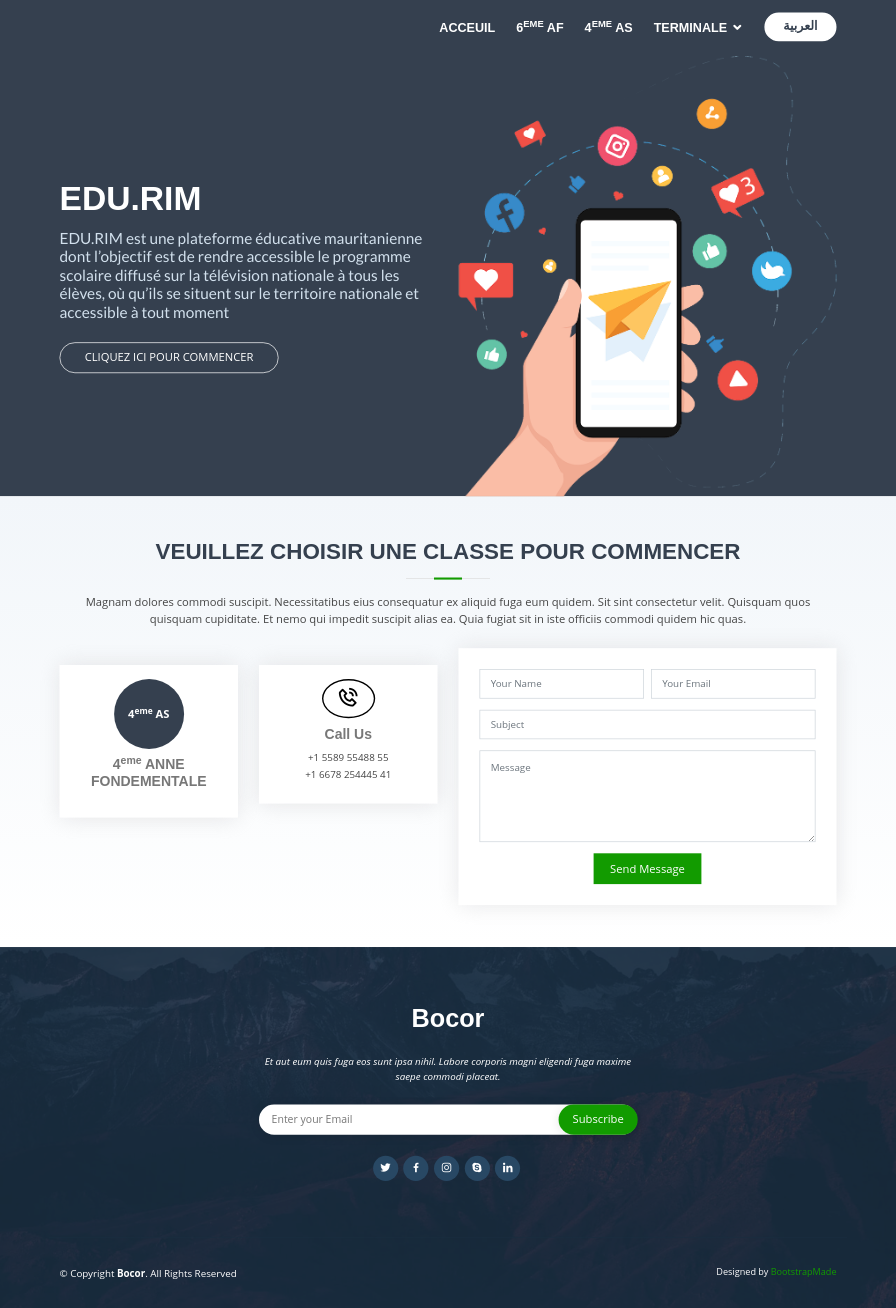
Repository: athiemohamed/courat
Page: http://localhost/
These files come from the project's save history. The page is drawn as it stood at one moment and after the next save; the edit follows.
The browser window is 1280 px wide. The pictures show the whole page, at 70% of full size.
Some web fonts or font styles are not loaded; a fallback is used. The page is run by PHP 8.4 with error messages shown; the project is at /var/www/html/. Other server files are loaded and not shown.

Above is the page before, as saved 2020-03-26 13:05:02.

### index.php
<!DOCTYPE html>
<html lang="en">

<head>
  <meta charset="utf-8">
  <meta content="width=device-width, initial-scale=1.0" name="viewport">

  <title>Cours - Rim Academy</title>
  <meta content="" name="descriptison">
  <meta content="" name="keywords">

  <!-- Favicons -->
  <link href="assets/img/favicon.png" rel="icon">
  <link href="assets/img/apple-touch-icon.png" rel="apple-touch-icon">

  <!-- Google Fonts -->
  <link href="https://fonts.googleapis.com/css?family=Cairo&display=swap" rel="stylesheet">
  <link href="https://fonts.googleapis.com/css?family=Lato&display=swap" rel="stylesheet">

  <!-- Vendor CSS Files -->
  <link href="assets/vendor/bootstrap/css/bootstrap.min.css" rel="stylesheet">
  <link href="assets/vendor/icofont/icofont.min.css" rel="stylesheet">
  <link href="assets/vendor/boxicons/css/boxicons.min.css" rel="stylesheet">
  <link href="assets/vendor/venobox/venobox.css" rel="stylesheet">
  <link href="assets/vendor/aos/aos.css" rel="stylesheet">

  <!-- Template Main CSS File -->
  <link href="assets/css/style.css" rel="stylesheet">

  <!-- =======================================================
  * Template Name: Bocor - v2.0.0
  * Template URL: https://bootstrapmade.com/bocor-bootstrap-template-nice-animation/
  * Author: BootstrapMade.com
  * License: https://bootstrapmade.com/license/
  ======================================================== -->
</head>

<body>

  <!-- ======= Header ======= -->
  <header id="header">
    <div class="container d-flex">
      <div class="logo mr-auto">
        <!-- <h1 class="text-light"><a href="index.html">RIM<span>.EDU</span></a></h1> -->
        <!-- Uncomment below if you prefer to use an image logo -->
        <!-- <a href="index.html"><img src="assets/img/logo.png" alt="" class="img-fluid"></a>-->
      </div>
      <nav class="nav-menu d-none d-lg-block">
        <ul>
          <li class="active"><a href="#header">ACCEUIL</a></li>
          <li><a href="#">6<sup>EME</sup> AF</a></li>
          <li><a href="#">4<sup>EME</sup> AS</a></li>
          <li class="drop-down"><a href="">TERMINALE</a>
            <ul>
              <li><a href="#">TERMINALE A</a></li>
              <li><a href="#">TERMINALE C</a></li>
              <li><a href="#">TERMINALE D</a></li>
              <li><a href="#">TERMINALE LM</a></li>
              <li><a href="#">TERMINALE LO</a></li>
            </ul>
          </li>
          <!-- Language Changer -->
          <li class="get-started"><a href="#">العربية</a></li>
        </ul>
      </nav><!-- .nav-menu -->
    </div>
  </header><!-- End Header -->

  <!-- ======= Hero Section ======= -->
  <section id="hero">

    <div class="container">
      <div class="row d-flex align-items-center"">
      <div class=" col-lg-6 py-5 py-lg-0 order-2 order-lg-1" data-aos="fade-right">
        <h1>EDU.RIM</h1>
        <h2>EDU.RIM est une plateforme éducative mauritanienne dont l’objectif est de
          rendre accessible le programme scolaire diffusé sur la télévision nationale à tous les élèves,
          où qu’ils se situent sur le territoire nationale et accessible à tout moment</h2>
        <a href="#contact" class="btn-get-started scrollto">CLIQUEZ ICI POUR COMMENCER</a>
      </div>
      <div class="col-lg-6 order-1 order-lg-2 hero-img" data-aos="fade-left">
        <img src="assets/img/hero-img.png" class="img-fluid" alt="">
      </div>
    </div>
    </div>

  </section><!-- End Hero -->

  <main id="main">

    <!-- ======= Partners Section ======= -->

    <!-- <section id="clients" class="clients section-bg">
      <div class="container">

        <div class="row no-gutters clients-wrap clearfix wow fadeInUp">

          <div class="col-lg-2 col-md-4 col-6">
            <div class="client-logo">
              <img src="assets/img/clients/client-1.png" class="img-fluid" alt="" data-aos="flip-right">
            </div>
          </div>

          <div class="col-lg-2 col-md-4 col-6">
            <div class="client-logo">
              <img src="assets/img/clients/client-2.png" class="img-fluid" alt="" data-aos="flip-right" data-aos-delay="100">
            </div>
          </div>

          <div class="col-lg-2 col-md-4 col-6">
            <div class="client-logo">
              <img src="assets/img/clients/client-3.png" class="img-fluid" alt="" data-aos="flip-right" data-aos-delay="200">
            </div>
          </div>

          <div class="col-lg-2 col-md-4 col-6">
            <div class="client-logo">
              <img src="assets/img/clients/client-4.png" class="img-fluid" alt="" data-aos="flip-right" data-aos-delay="300">
            </div>
          </div>

          <div class="col-lg-2 col-md-4 col-6">
            <div class="client-logo">
              <img src="assets/img/clients/client-5.png" class="img-fluid" alt="" data-aos="flip-right" data-aos-delay="400">
            </div>
          </div>

          <div class="col-lg-2 col-md-4 col-6">
            <div class="client-logo">
              <img src="assets/img/clients/client-6.png" class="img-fluid" alt="" data-aos="flip-right" data-aos-delay="500">
            </div>
          </div>

        </div>

      </div>
    </section> -->

    <!-- End Parteners Section -->

    <!-- ======= Contact Section ======= -->
    <section id="contact" class="contact section-bg">
      <div class="container">

        <div class="section-title">
          <h2 data-aos="fade-in">VEUILLEZ CHOISIR UNE CLASSE POUR COMMENCER</h2>
          <p data-aos="fade-in">Magnam dolores commodi suscipit. Necessitatibus eius consequatur ex aliquid fuga eum quidem. Sit sint consectetur velit. Quisquam quos quisquam cupiditate. Et nemo qui impedit suscipit alias ea. Quia fugiat sit in iste officiis commodi quidem hic quas.</p>
        </div>

        <div class="row">
          <div class="col-lg-6">
            <div class="row">
              <div class="col-md-6">
                <div class="info-box mt-4" data-aos="fade-up" data-aos-delay="100">
                  <!-- <i class="rounded-number">4<sup>eme</sup> AS</i> -->
                  <div class="circle-badge">
                    <strong>4<sup>eme</sup> AS</strong>
                  </div>
                  <h3>4<sup>eme</sup> ANNE FONDEMENTALE</h3>
                </div>
              </div>
              <div class="col-md-6">
                <div class="info-box mt-4" data-aos="fade-up" data-aos-delay="100">
                  <i class="bx bx-phone-call"></i>
                  <h3>Call Us</h3>
                  <p>+1 5589 55488 55<br>+1 6678 254445 41</p>
                </div>
              </div>
            </div>

          </div>

          <div class="col-lg-6">
            <form action="forms/contact.php" method="post" role="form" class="php-email-form" data-aos="fade-up">
              <div class="form-row">
                <div class="col-md-6 form-group">
                  <input type="text" name="name" class="form-control" id="name" placeholder="Your Name" data-rule="minlen:4" data-msg="Please enter at least 4 chars" />
                  <div class="validate"></div>
                </div>
                <div class="col-md-6 form-group">
                  <input type="email" class="form-control" name="email" id="email" placeholder="Your Email" data-rule="email" data-msg="Please enter a valid email" />
                  <div class="validate"></div>
                </div>
              </div>
              <div class="form-group">
                <input type="text" class="form-control" name="subject" id="subject" placeholder="Subject" data-rule="minlen:4" data-msg="Please enter at least 8 chars of subject" />
                <div class="validate"></div>
              </div>
              <div class="form-group">
                <textarea class="form-control" name="message" rows="5" data-rule="required" data-msg="Please write something for us" placeholder="Message"></textarea>
                <div class="validate"></div>
              </div>
              <div class="mb-3">
                <div class="loading">Loading</div>
                <div class="error-message"></div>
                <div class="sent-message">Your message has been sent. Thank you!</div>
              </div>
              <div class="text-center"><button type="submit">Send Message</button></div>
            </form>
          </div>

        </div>

      </div>
    </section><!-- End Contact Section -->

  </main><!-- End #main -->

  <!-- ======= Footer ======= -->
  <footer id="footer">

    <div class="footer-top">

      <div class="container" data-aos="fade-up">

        <div class="row  justify-content-center">
          <div class="col-lg-6">
            <h3>Bocor</h3>
            <p>Et aut eum quis fuga eos sunt ipsa nihil. Labore corporis magni eligendi fuga maxime saepe commodi placeat.</p>
          </div>
        </div>

        <div class="row footer-newsletter justify-content-center">
          <div class="col-lg-6">
            <form action="" method="post">
              <input type="email" name="email" placeholder="Enter your Email"><input type="submit" value="Subscribe">
            </form>
          </div>
        </div>

        <div class="social-links">
          <a href="#" class="twitter"><i class="bx bxl-twitter"></i></a>
          <a href="#" class="facebook"><i class="bx bxl-facebook"></i></a>
          <a href="#" class="instagram"><i class="bx bxl-instagram"></i></a>
          <a href="#" class="google-plus"><i class="bx bxl-skype"></i></a>
          <a href="#" class="linkedin"><i class="bx bxl-linkedin"></i></a>
        </div>

      </div>
    </div>

    <div class="container footer-bottom clearfix">
      <div class="copyright">
        &copy; Copyright <strong><span>Bocor</span></strong>. All Rights Reserved
      </div>
      <div class="credits">
        <!-- All the links in the footer should remain intact. -->
        <!-- You can delete the links only if you purchased the pro version. -->
        <!-- Licensing information: https://bootstrapmade.com/license/ -->
        <!-- Purchase the pro version with working PHP/AJAX contact form: https://bootstrapmade.com/bocor-bootstrap-template-nice-animation/ -->
        Designed by <a href="https://bootstrapmade.com/">BootstrapMade</a>
      </div>
    </div>
  </footer><!-- End Footer -->

  <a href="#" class="back-to-top"><i class="icofont-simple-up"></i></a>

  <!-- Vendor JS Files -->
  <script src="assets/vendor/jquery/jquery.min.js"></script>
  <script src="assets/vendor/bootstrap/js/bootstrap.bundle.min.js"></script>
  <script src="assets/vendor/jquery.easing/jquery.easing.min.js"></script>
  <script src="assets/vendor/php-email-form/validate.js"></script>
  <script src="assets/vendor/isotope-layout/isotope.pkgd.min.js"></script>
  <script src="assets/vendor/venobox/venobox.min.js"></script>
  <script src="assets/vendor/aos/aos.js"></script>

  <!-- Template Main JS File -->
  <script src="assets/js/main.js"></script>

</body>

</html>

Loaded but not shown: assets/js/main.js (117 lines, source omitted); assets/css/style.css (1320 lines, source omitted)

After the next save:
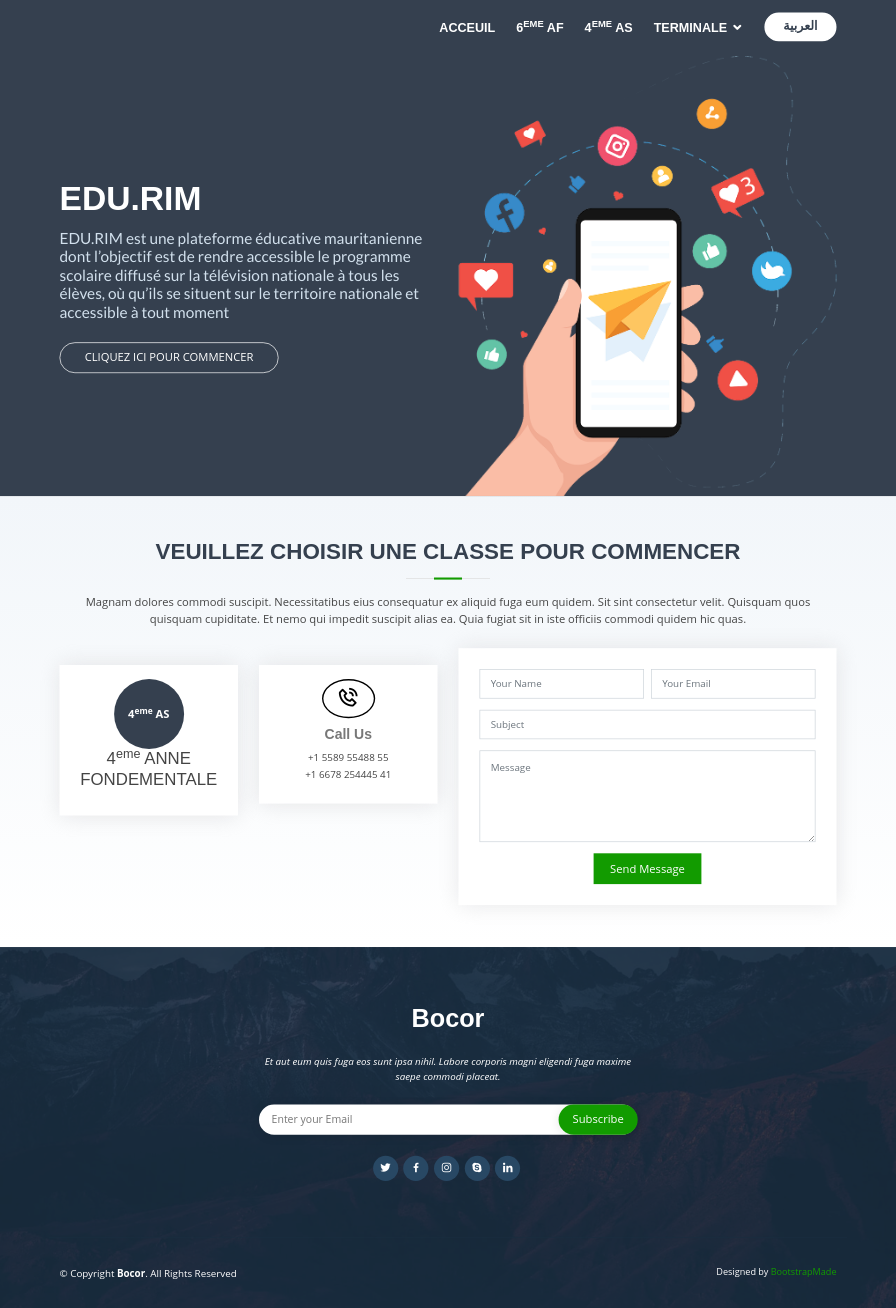
Saved 14 s later.
--- a/index.php
+++ b/index.php
@@ -156,7 +156,7 @@
                   <div class="circle-badge">
                     <strong>4<sup>eme</sup> AS</strong>
                   </div>
-                  <h3>4<sup>eme</sup> ANNE FONDEMENTALE</h3>
+                  <h4>4<sup>eme</sup> ANNE FONDEMENTALE</h4>
                 </div>
               </div>
               <div class="col-md-6">

After the save that followed:
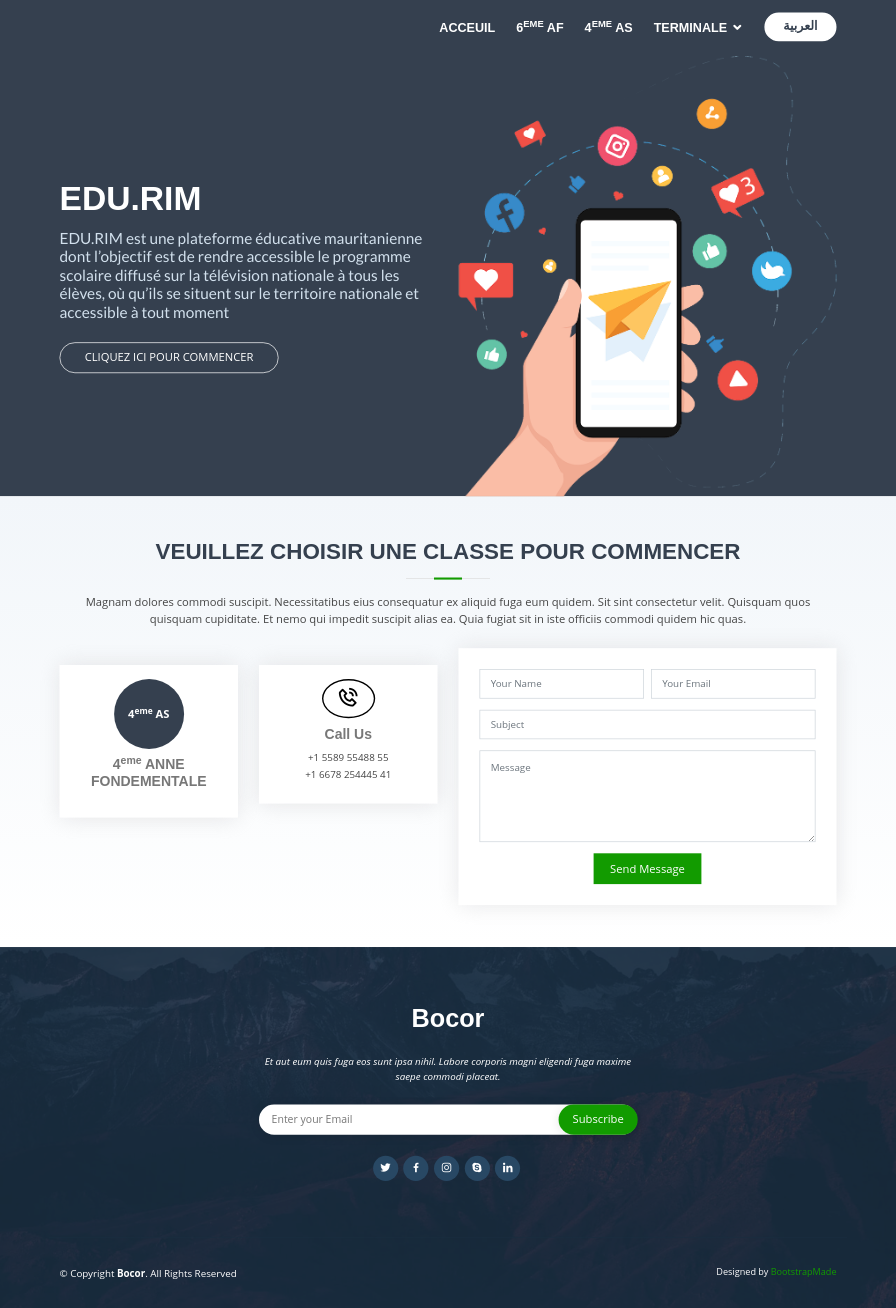
Saved 7 s later.
--- a/index.php
+++ b/index.php
@@ -156,7 +156,7 @@
                   <div class="circle-badge">
                     <strong>4<sup>eme</sup> AS</strong>
                   </div>
-                  <h4>4<sup>eme</sup> ANNE FONDEMENTALE</h4>
+                  <h3>4<sup>eme</sup> ANNE FONDEMENTALE</h3>
                 </div>
               </div>
               <div class="col-md-6">
